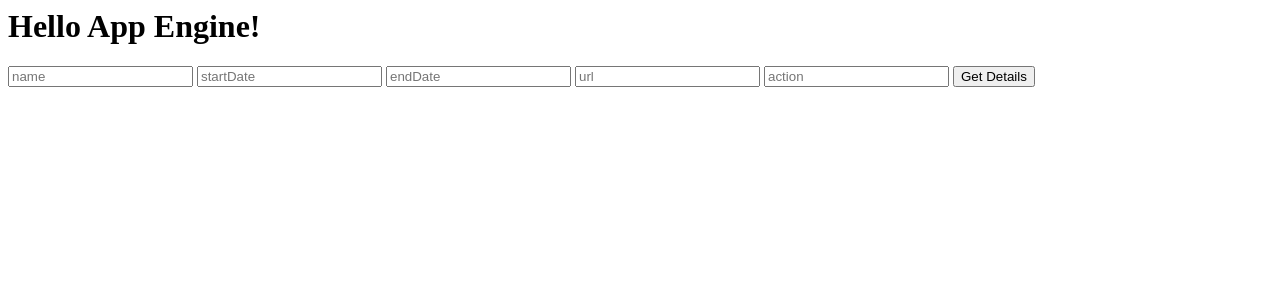
Repository: aneeshsingh/workspace
Page: analytics/war/index.html
The author's editor kept a copy of each file at every save. The page is drawn from the files as they stood at one save, then again after the next save.
The browser window is 1280 px wide. The pictures show the whole page.

Above is the page before, as saved 2016-03-06 23:57:54.

After the next save:
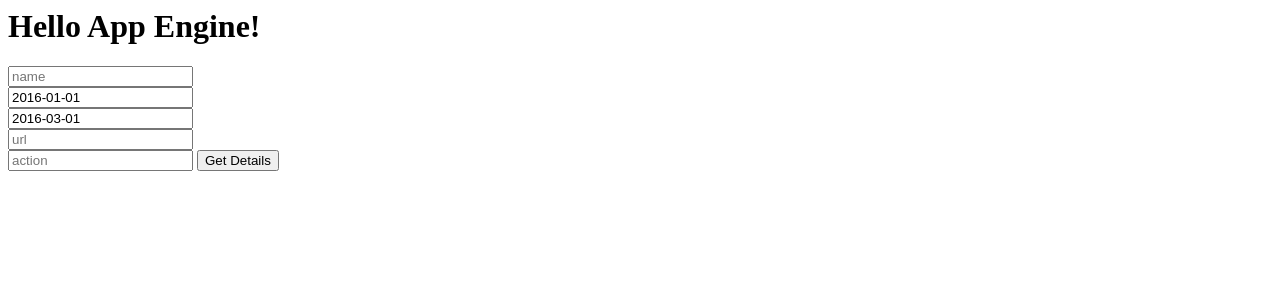
Saved 30 s later.
--- a/analytics/war/index.html
+++ b/analytics/war/index.html
@@ -17,10 +17,10 @@
 
 		<form action="GetAnalyticsServlet" method="post">
 
-			<input type="text" name="name" id="name" placeholder="name"/>
-			<input type="text" name="startDate" id="startDate" placeholder="startDate" value="" />
-			<input type="text" name="endDate" id="endDate" placeholder="endDate" " value=""/>
-			<input type="text" name="url" id="url" placeholder="url" />
+			<input type="text" name="name" id="name" placeholder="name"/><br/>
+			<input type="text" name="startDate" id="startDate" placeholder="startDate" value="2016-01-01" /><br/>
+			<input type="text" name="endDate" id="endDate" placeholder="endDate" " value="2016-03-01"/><br/>
+			<input type="text" name="url" id="url" placeholder="url" /><br/>
 			<input type="text" name="action" id="action" placeholder="action" />
 
 			<input type="submit" value="Get Details" />
